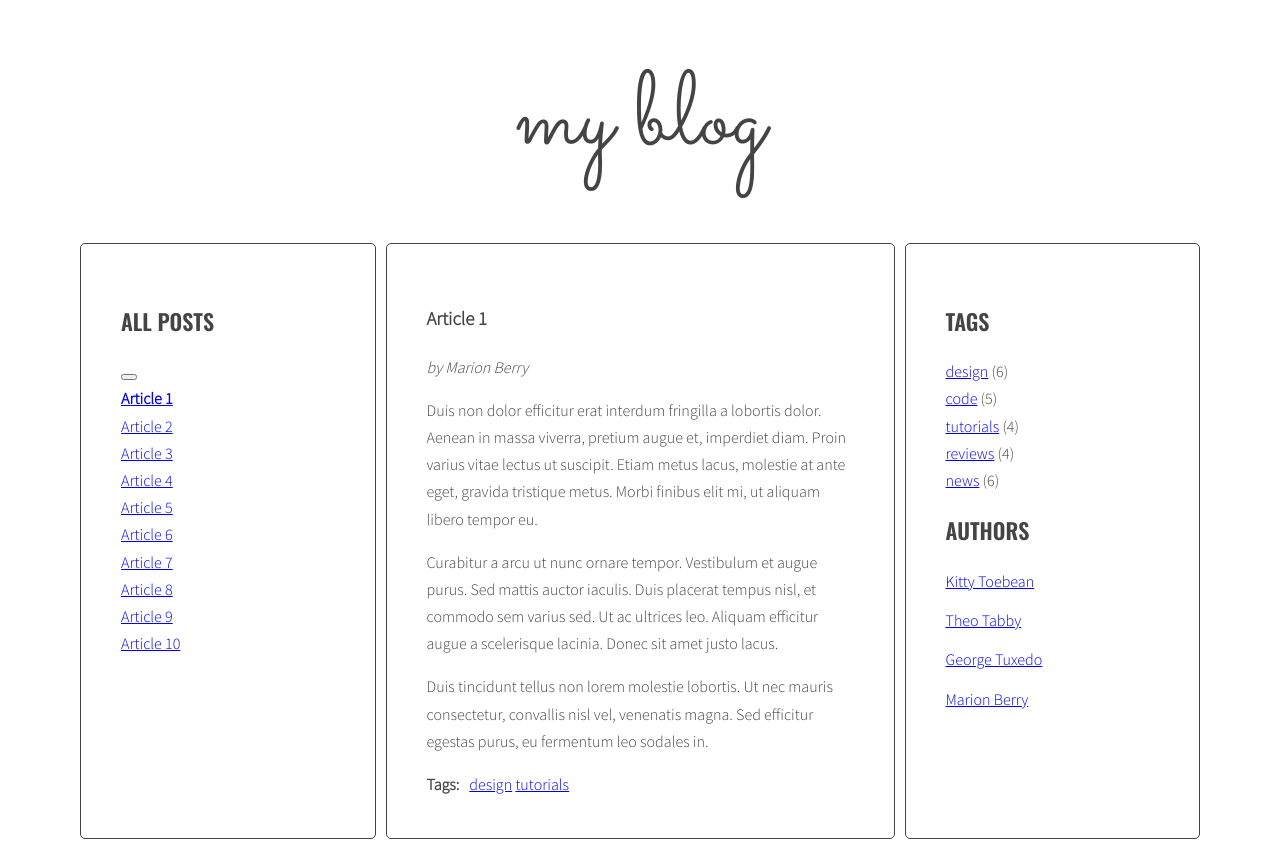
Repository: pcwitcher/javascript-blog
Page: index.html
The author's editor kept a copy of each file at every save. The page is drawn from the files as they stood at one save, then again after the next save.
The browser window is 1280 px wide. The pictures show the whole page.

Above is the page before, as saved 2019-08-11 22:00:44.

After the next save:
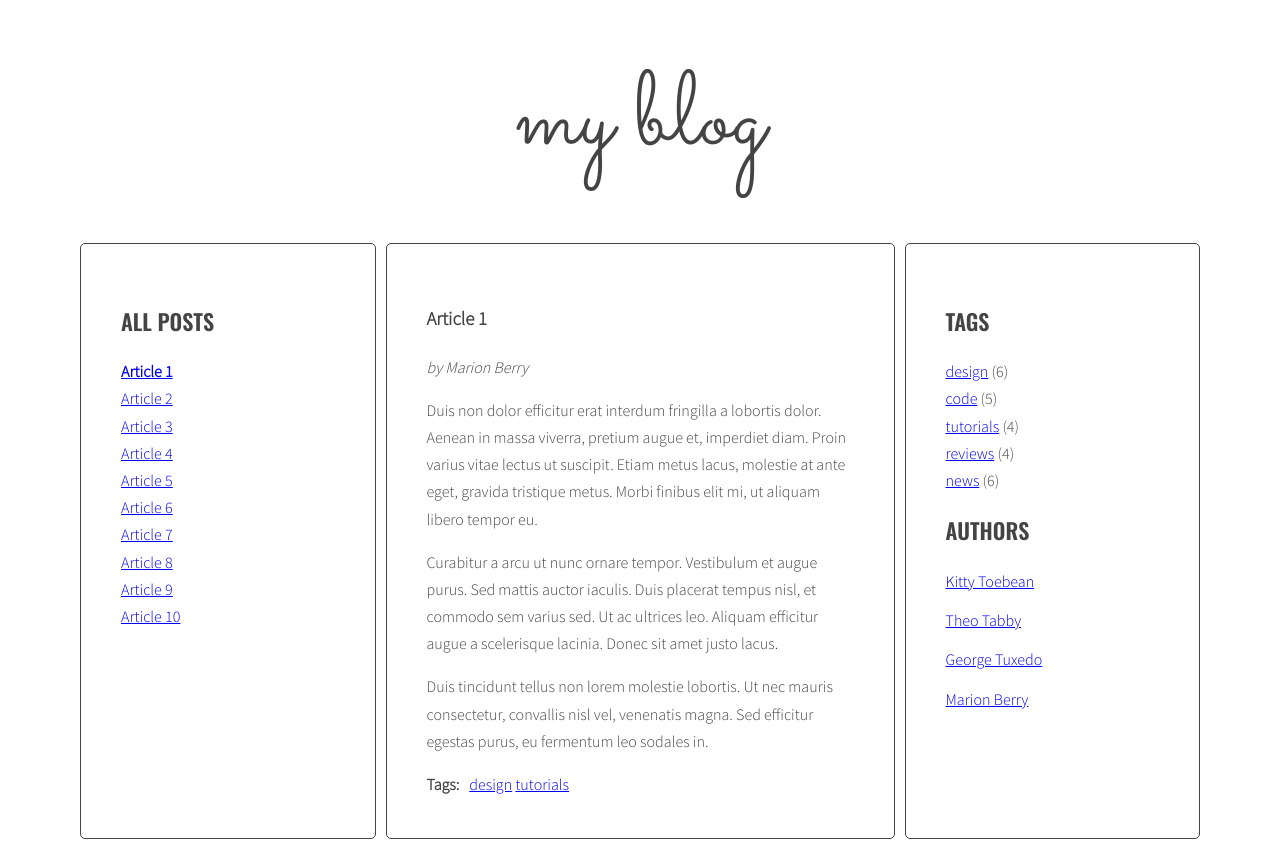
Console error: TypeError: Cannot read properties of null (reading 'addEventListener')
Saved 4 min 2 s later.
--- a/index.html
+++ b/index.html
@@ -16,7 +16,6 @@
             <main class="wrapper">
                 <aside class="sidebar">
                     <h2 class="section-title">All posts</h2>
-                    <button id="test-button"></button>
                     <ul class="list titles">
                         <li><a href="#article-1" class="active"><span>Article 1</span></a></li>
                         <li><a href="#article-2"><span>Article 2</span></a></li>
